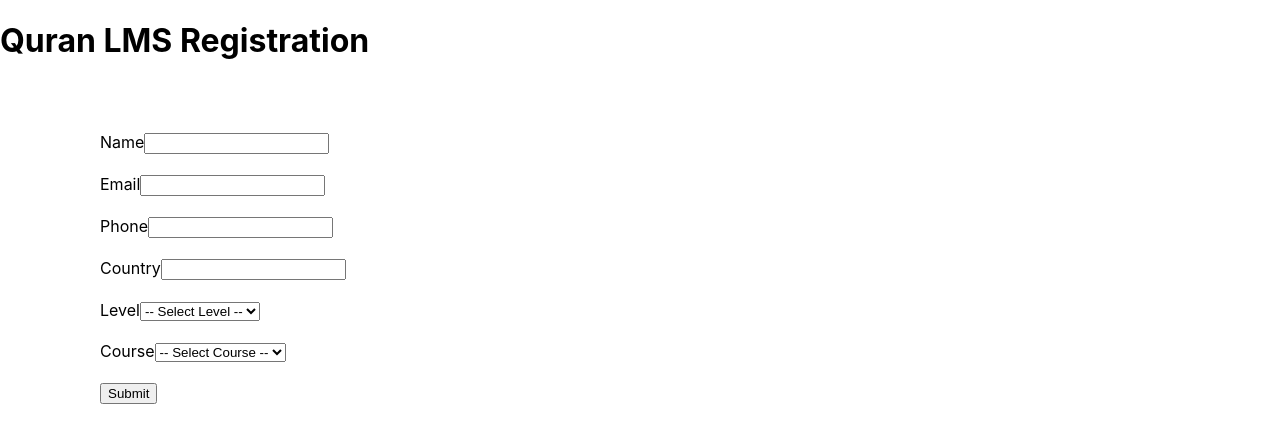
Repository: talha-mahmood/form_react
Page: /
An editor plug-in stored every save of this project. The page is shown before and after the next save, followed by the edit.
The browser window is 1280 px wide. The pictures show the whole page.
The project was rebuilt for these pictures with package versions that can differ from the ones it lists, and the page was loaded fresh each time.

Above is the page before, as saved 2023-03-13 16:06:20.

### public/index.html
<!DOCTYPE html>
<html lang="en">
  <head>
    <meta charset="utf-8" />
    <link rel="icon" href="%PUBLIC_URL%/favicon.ico" />
    <meta name="viewport" content="width=device-width, initial-scale=1" />
    <meta name="theme-color" content="#000000" />
    <meta
      name="description"
      content="Web site created using create-react-app"
    />

    <link rel="apple-touch-icon" href="%PUBLIC_URL%/logo192.png" />
    <!--
      manifest.json provides metadata used when your web app is installed on a
      user's mobile device or desktop. See https://developers.google.com/web/fundamentals/web-app-manifest/
    -->
    <link rel="manifest" href="%PUBLIC_URL%/manifest.json" />
    <!--
      Notice the use of %PUBLIC_URL% in the tags above.
      It will be replaced with the URL of the `public` folder during the build.
      Only files inside the `public` folder can be referenced from the HTML.

      Unlike "/favicon.ico" or "favicon.ico", "%PUBLIC_URL%/favicon.ico" will
      work correctly both with client-side routing and a non-root public URL.
      Learn how to configure a non-root public URL by running `npm run build`.
    -->
    <title>React App</title>
  </head>
  <body>
    <noscript>You need to enable JavaScript to run this app.</noscript>
    <div id="root"></div>

    <!--
      This HTML file is a template.
      If you open it directly in the browser, you will see an empty page.

      You can add webfonts, meta tags, or analytics to this file.
      The build step will place the bundled scripts into the <body> tag.

      To begin the development, run `npm start` or `yarn start`.
      To create a production bundle, use `npm run build` or `yarn build`.
    -->
  </body>
</html>

### src/App.js
import './App.css';
import React, { useState } from 'react';

const App=()=>{
  const [name, setName] = useState('');
  const [email, setEmail] = useState('');
  const [phone, setPhone] = useState('');
  const [country, setCountry] = useState('');
  const [level, setLevel] = useState('');
  const [course, setCourse] = useState('');

  const handleSubmit = (event) => {
    event.preventDefault();
    // TODO: handle form submission
  }

  return (
    <div>
      <h1>Quran LMS Registration</h1>
    <form onSubmit={handleSubmit}>
      <div>
        <label htmlFor="name">Name</label>
        <input
          type="text"
          id="name"
          value={name}
          onChange={(event) => setName(event.target.value)}
          required
        />
      </div>
      <br/>
      <div>
        <label htmlFor="email">Email</label>
        <input
          type="email"
          id="email"
          value={email}
          onChange={(event) => setEmail(event.target.value)}
          required
        />
      </div>
      <br/>
      <div>
        <label htmlFor="phone">Phone</label>
        <input
          type="tel"
          id="phone"
          value={phone}
          onChange={(event) => setPhone(event.target.value)}
          required
        />
      </div>
      <br/>
      <div>
        <label htmlFor="country">Country</label>
        <input
          type="text"
          id="country"
          value={country}
          onChange={(event) => setCountry(event.target.value)}
          required
        />
      </div>
      <br/>
      <div>
        <label htmlFor="level">Level</label>
        <select id="level" value={level} onChange={(event) => setLevel(event.target.value)} required>
          <option value="">-- Select Level --</option>
          <option value="Beginner">Beginner</option>
          <option value="Intermediate">Intermediate</option>
          <option value="Advanced">Advanced</option>
        </select>
      </div>
      <br/>
      <div>
        <label htmlFor="course">Course</label>
        <select id="course" value={course} onChange={(event) => setCourse(event.target.value)} required>
          <option value="">-- Select Course --</option>
          <option value="Quranic Arabic">Quranic Arabic</option>
          <option value="Tafseer">Tafseer</option>
          <option value="Hifz">Hifz</option>
        </select>
      </div>
           <br/>
      <button type="submit">Submit</button>
    </form>
    </div>
  );
}

export default App;

### src/App.css
.App {
  text-align: center;
}

.App-logo {
  height: 40vmin;
  pointer-events: none;
}

@media (prefers-reduced-motion: no-preference) {
  .App-logo {
    animation: App-logo-spin infinite 20s linear;
  }
}

.App-header {
  background-color: #282c34;
  min-height: 100vh;
  display: flex;
  flex-direction: column;
  align-items: center;
  justify-content: center;
  font-size: calc(10px + 2vmin);
  color: white;
}

.App-link {
  color: #61dafb;
}

@keyframes App-logo-spin {
  from {
    transform: rotate(0deg);
  }
  to {
    transform: rotate(360deg);
  }
}

form{
  padding: 50px;
 float: left;
 margin-left: 50px;
}

Loaded but not shown: src/index.js (common file); src/index.css (common file); src/reportWebVitals.js (common file)

After the next save:
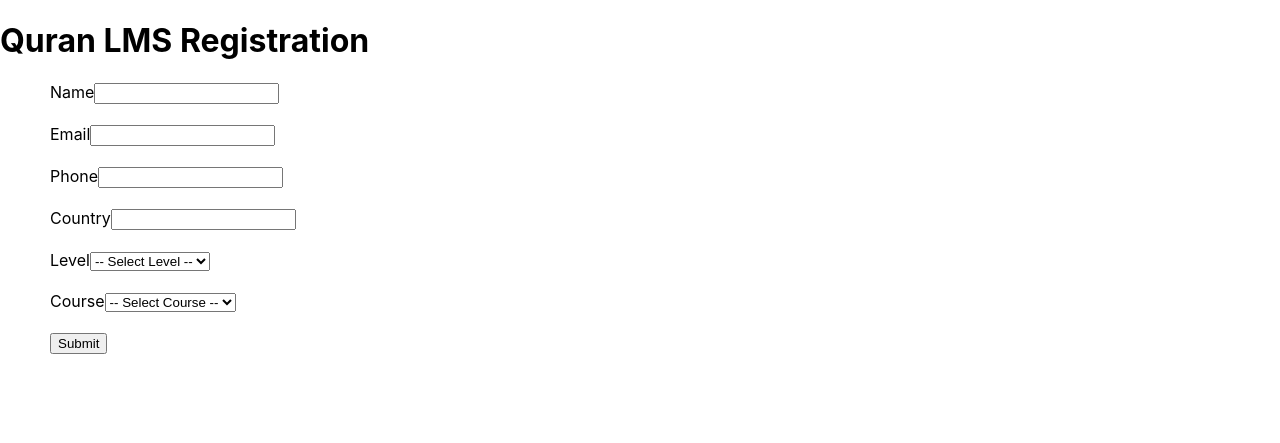
Saved 73 s later.
--- a/src/App.css
+++ b/src/App.css
@@ -38,7 +38,7 @@
 }
 
 form{
-  padding: 50px;
+
  float: left;
  margin-left: 50px;
 }
